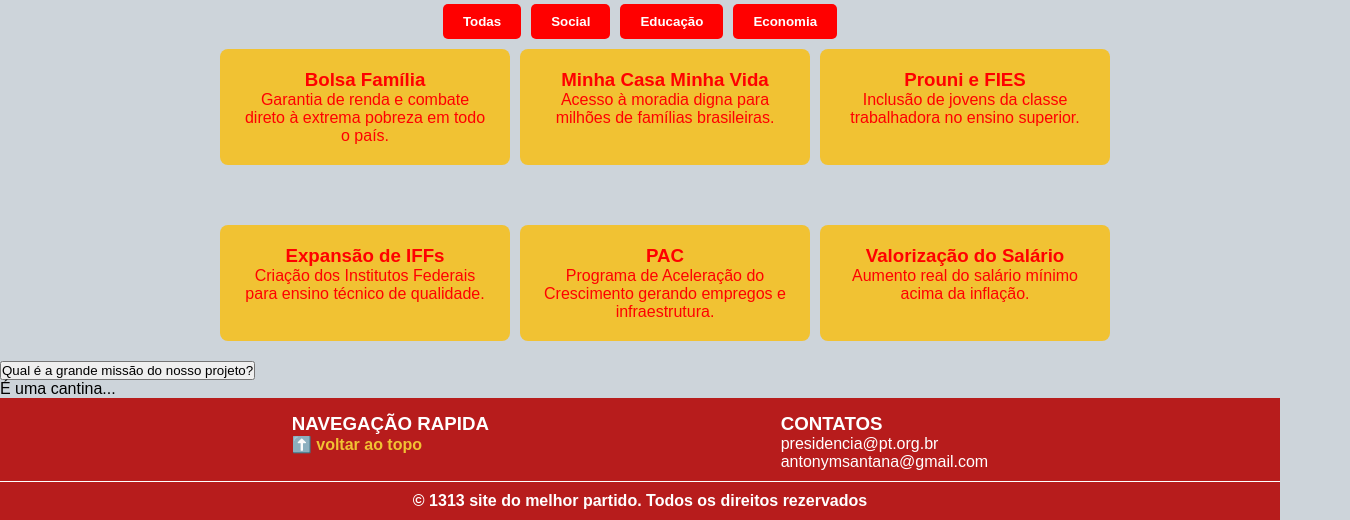
Repository: antonymsantana-design/second.revision
Page: html/html.html
The author's editor kept a copy of each file at every save. The page is drawn from the files as they stood at one save, then again after a run of saves.
The browser window is 1280 px wide. The page is 1350 px wide, so the pictures cover 1350 px, including what lies to the right of the window. The pictures show the part of the page from y = 1723 to 2243 px (the page is 2243 px tall).

Above is the page before, as saved 2026-09-05 13:30:44.

After the next 2 saves:
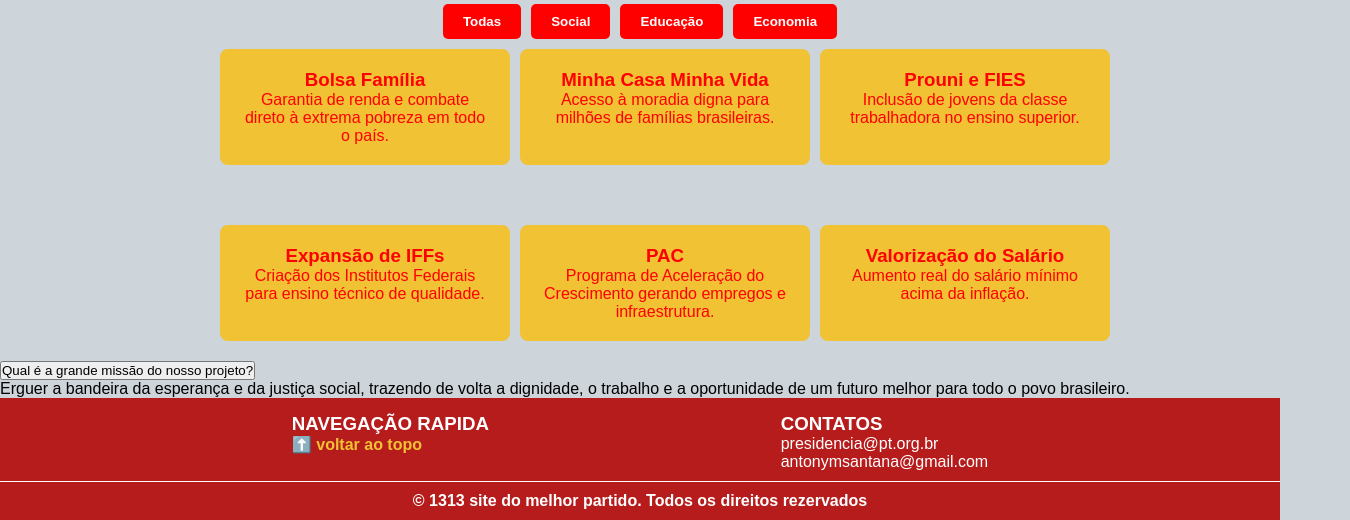
The 2 saves are shown as one change because they came seconds apart.
The last was saved 18 s later.
--- a/html/html.html
+++ b/html/html.html
@@ -163,7 +163,11 @@
 
     <div class="faq">
       <button>Qual é a grande missão do nosso projeto?</button>
-      <p id="resposta">É uma cantina...</p>
+      <p id="resposta">
+        Erguer a bandeira da esperança e da justiça social, trazendo de volta a
+        dignidade, o trabalho e a oportunidade de um futuro melhor para todo o
+        povo brasileiro.
+      </p>
     </div>
 
     <div class="modal-overlay" id="modalContato">
